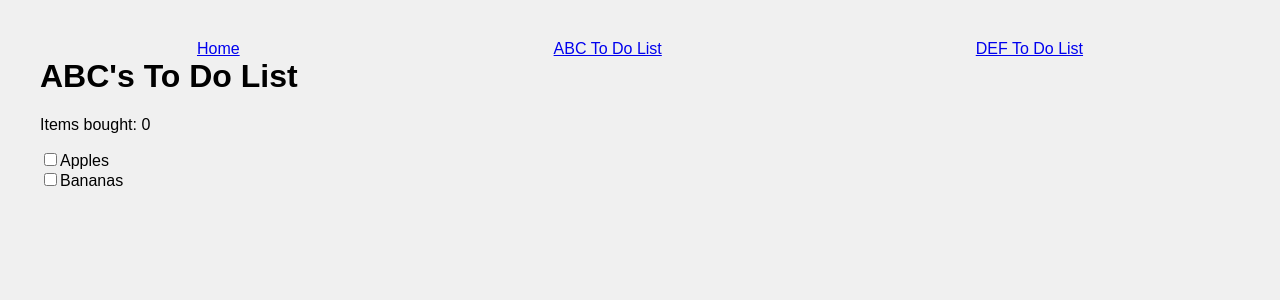
Repository: nafimahbubucsd/lab3v2
Page: /todolist/ABC
An editor plug-in stored every save of this project. The page is shown before and after the next save, followed by the edit.
The browser window is 1280 px wide. The pictures show the whole page.
The project was rebuilt for these pictures with package versions that can differ from the ones it lists, and the page was loaded fresh each time.

Above is the page before, as saved 2024-10-14 14:45:20.

After the next save:
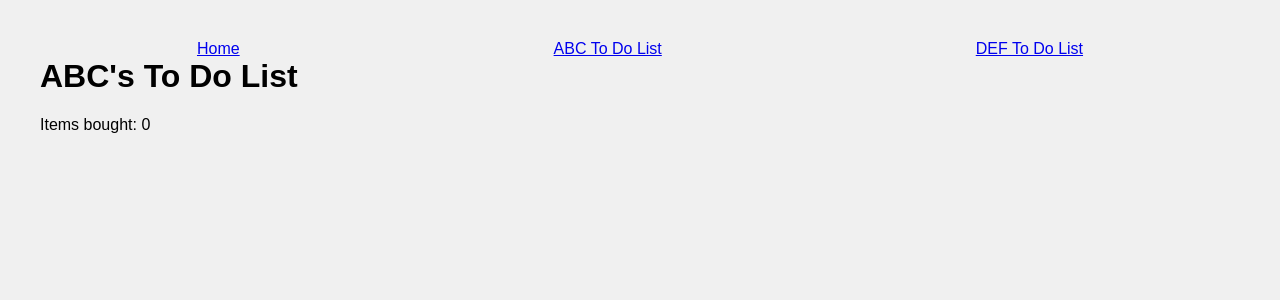
Saved 3 min 39 s later.
--- a/src/toDoList.tsx
+++ b/src/toDoList.tsx
@@ -1,4 +1,4 @@
-import React, { ChangeEventHandler, useState } from "react";
+import React, { useState, useEffect } from "react";
 import { useParams } from "react-router-dom";
 import "./App.css";
 import { GroceryItem } from "./types";
@@ -6,24 +6,32 @@
 
 export function ToDoList() {
   const { name } = useParams<{ name: string }>();
+  const [items, setItems] = useState<GroceryItem[]>([]);
   const [numRemainingItems, setNumRemainingItems] = useState(0);
-  const [items, setItems] = useState(dummyGroceryList);
 
-  function handleCheckboxClick(e: React.ChangeEvent<HTMLInputElement>) {
-    const checkbox: HTMLInputElement = e.target as HTMLInputElement;
-    const itemName = checkbox.name;
+  useEffect(() => {
+    // Load items from local storage or use dummy list if not available
+    const storedItems = localStorage.getItem(`todoList_${name}`);
+    if (storedItems) {
+      setItems(JSON.parse(storedItems));
+    } else {
+      setItems(dummyGroceryList);
+    }
+  }, [name]);
 
-    const itemIndex = items.findIndex((item) => item.name === itemName);
-    items[itemIndex] = { name: itemName, isPurchased: checkbox.checked };
+  useEffect(() => {
+    // Save items to local storage whenever they change
+    localStorage.setItem(`todoList_${name}`, JSON.stringify(items));
+    // Update the count of purchased items
+    setNumRemainingItems(items.filter(item => item.isPurchased).length);
+  }, [items, name]);
 
-    const uncheckedItems = items.filter((item) => !item.isPurchased);
-    const checkedItems = items.filter((item) => item.isPurchased);
-
-    const newItems = uncheckedItems.concat(checkedItems);
-    setItems(newItems);
-
-    const diff = checkbox.checked ? 1 : -1;
-    setNumRemainingItems(numRemainingItems + diff);
+  function handleCheckboxClick(itemName: string) {
+    setItems(prevItems =>
+      prevItems.map(item =>
+        item.name === itemName ? { ...item, isPurchased: !item.isPurchased } : item
+      )
+    );
   }
 
   return (
@@ -31,24 +39,20 @@
       <div className="App-body">
         <h1>{name}'s To Do List</h1>
         <p>Items bought: {numRemainingItems}</p>
-        <form action=".">
-          {items.map((item) => ListItem(item, handleCheckboxClick))}
+        <form>
+          {items.map((item) => (
+            <div key={item.name}>
+              <input
+                type="checkbox"
+                checked={item.isPurchased}
+                onChange={() => handleCheckboxClick(item.name)}
+                name={item.name}
+              />
+              {item.name}
+            </div>
+          ))}
         </form>
       </div>
     </div>
   );
 }
-
-function ListItem(item: GroceryItem, changeHandler: ChangeEventHandler) {
-  return (
-    <div key={item.name}>
-      <input
-        type="checkbox"
-        onChange={changeHandler}
-        checked={item.isPurchased}
-        name={item.name}
-      />
-      {item.name}
-    </div>
-  );
-}

After the save that followed:
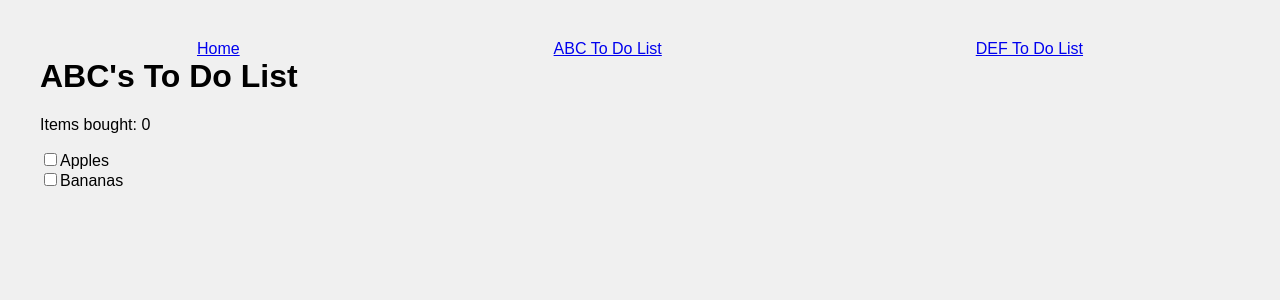
Saved 59 s later.
--- a/src/toDoList.tsx
+++ b/src/toDoList.tsx
@@ -1,4 +1,4 @@
-import React, { useState, useEffect } from "react";
+import React, { ChangeEventHandler, useState } from "react";
 import { useParams } from "react-router-dom";
 import "./App.css";
 import { GroceryItem } from "./types";
@@ -6,32 +6,24 @@
 
 export function ToDoList() {
   const { name } = useParams<{ name: string }>();
-  const [items, setItems] = useState<GroceryItem[]>([]);
   const [numRemainingItems, setNumRemainingItems] = useState(0);
+  const [items, setItems] = useState(dummyGroceryList);
 
-  useEffect(() => {
-    // Load items from local storage or use dummy list if not available
-    const storedItems = localStorage.getItem(`todoList_${name}`);
-    if (storedItems) {
-      setItems(JSON.parse(storedItems));
-    } else {
-      setItems(dummyGroceryList);
-    }
-  }, [name]);
+  function handleCheckboxClick(e: React.ChangeEvent<HTMLInputElement>) {
+    const checkbox: HTMLInputElement = e.target as HTMLInputElement;
+    const itemName = checkbox.name;
 
-  useEffect(() => {
-    // Save items to local storage whenever they change
-    localStorage.setItem(`todoList_${name}`, JSON.stringify(items));
-    // Update the count of purchased items
-    setNumRemainingItems(items.filter(item => item.isPurchased).length);
-  }, [items, name]);
+    const itemIndex = items.findIndex((item) => item.name === itemName);
+    items[itemIndex] = { name: itemName, isPurchased: checkbox.checked };
 
-  function handleCheckboxClick(itemName: string) {
-    setItems(prevItems =>
-      prevItems.map(item =>
-        item.name === itemName ? { ...item, isPurchased: !item.isPurchased } : item
-      )
-    );
+    const uncheckedItems = items.filter((item) => !item.isPurchased);
+    const checkedItems = items.filter((item) => item.isPurchased);
+
+    const newItems = uncheckedItems.concat(checkedItems);
+    setItems(newItems);
+
+    const diff = checkbox.checked ? 1 : -1;
+    setNumRemainingItems(numRemainingItems + diff);
   }
 
   return (
@@ -39,20 +31,24 @@
       <div className="App-body">
         <h1>{name}'s To Do List</h1>
         <p>Items bought: {numRemainingItems}</p>
-        <form>
-          {items.map((item) => (
-            <div key={item.name}>
-              <input
-                type="checkbox"
-                checked={item.isPurchased}
-                onChange={() => handleCheckboxClick(item.name)}
-                name={item.name}
-              />
-              {item.name}
-            </div>
-          ))}
+        <form action=".">
+          {items.map((item) => ListItem(item, handleCheckboxClick))}
         </form>
       </div>
     </div>
   );
 }
+
+function ListItem(item: GroceryItem, changeHandler: ChangeEventHandler) {
+  return (
+    <div key={item.name}>
+      <input
+        type="checkbox"
+        onChange={changeHandler}
+        checked={item.isPurchased}
+        name={item.name}
+      />
+      {item.name}
+    </div>
+  );
+}
